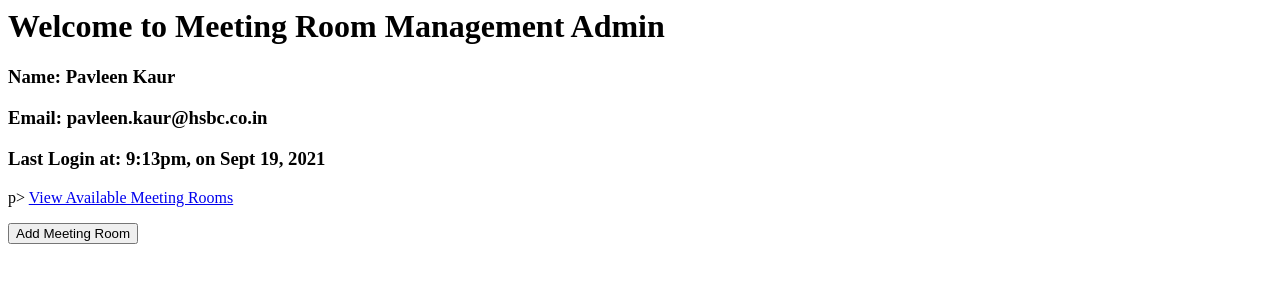
Repository: pavleen14/techyons-code-fury
Page: http://localhost/meetingroommanagement/admin.jsp
An editor plug-in stored every save of this project. The page is shown before and after the next save, followed by the edit.
The browser window is 1280 px wide. The pictures show the whole page.
The page is served by Tomcat 9.

Above is the page before, as saved 2021-09-25 12:01:20.

After the next save:
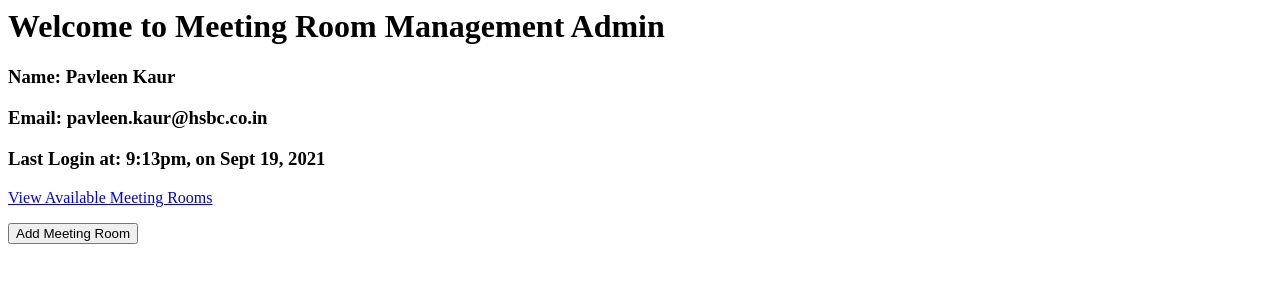
Saved 17 s later.
--- a/application/meetingroommanagement/src/main/webapp/admin.jsp
+++ b/application/meetingroommanagement/src/main/webapp/admin.jsp
@@ -2,10 +2,10 @@
 <html>
 <body>
 <h1> Welcome to Meeting Room Management Admin</h1>
-<h3> Name: Pavleen Kaur</h2>
-<h3> Email: pavleen.kaur@hsbc.co.in</h2>
-<h3> Last Login at: 9:13pm, on Sept 19, 2021</h2>
-<p></h3>p>
+<h3> Name: Pavleen Kaur</h3>
+<h3> Email: pavleen.kaur@hsbc.co.in</h3>
+<h3> Last Login at: 9:13pm, on Sept 19, 2021</h3>
+<p></p>
    <a href="/meetingroommanagement/meetingroom" >View Available Meeting Rooms</a><p>
     <form>
          <input type="button" onclick="window.location.href = 'http://localhost:8080/meetingroommanagement/admin?option=create'" value="Add Meeting Room"/>
